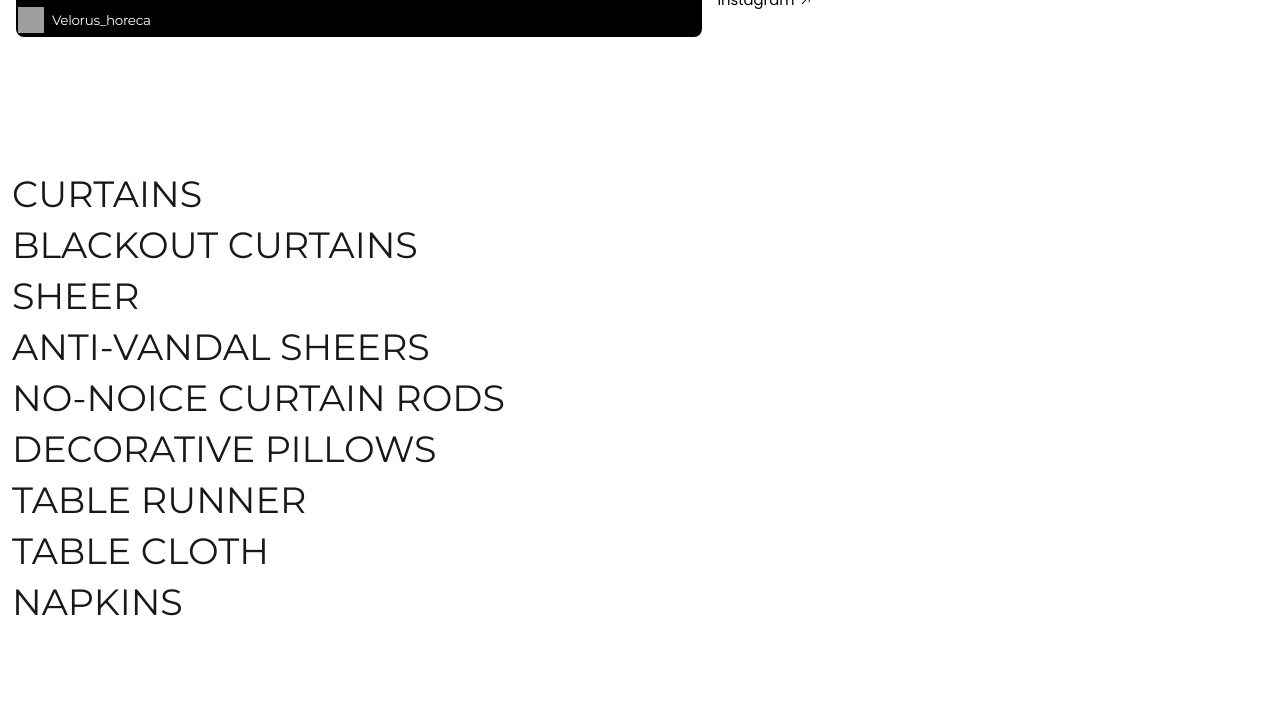
Repository: nikhilsinghrathore1/Shery_02
Page: /
The author's editor kept a copy of each file at every save. The page is drawn from the files as they stood at one save, then again after the next save.
The browser window is 1280 px wide. The pictures show the part of the page from y = 4475 to 5191 px (the page is 9789 px tall).
Pictures or frames that could not be fetched are drawn as grey boxes. The project was rebuilt for these pictures with package versions that can differ from the ones it lists, and the page was loaded fresh each time. Also part of the build but not shown: vite.config.js.

Above is the page before, as saved 2024-07-19 02:37:21.

### src/App.jsx
import { useState } from 'react'
import reactLogo from './assets/react.svg'
import viteLogo from '/vite.svg'
import './App.css'
import Landing from './pages/Landing'

function App() {
  const [count, setCount] = useState(0)

  return (
    <>
      <Landing/>
    </>
  )
}

export default App

### src/App.css
@font-face {
  font-family: font1;
  src: url("../public/6624dc4c3f39ffabcd0dc162_Montserrat-VariableFont_wght.ttf");
}
@font-face {
  font-family: font2;
  src: url("../public/CircularXXWeb-Book\ \(1\).ttf");
}
@font-face {
  font-family: font3;
  src: url("../public/JTUQjIg1_i6t8kCHKm459WxRyS7m0dR9pA.ttf");
}
@font-face {
  font-family: font4;
  src: url("../public/JTUSjIg1_i6t8kCHKm459WlhyyTh89Y.ttf");
}
@font-face {
  font-family: font5;
  src: url("../public/pxiEyp8kv8JHgFVrJJfecnFHGPc.ttf");
}

.f1{
  font-family: font1;
}
.f2{
  font-family: font2;
}
.f3{
  font-family: font3;
}
.f4{
  font-family: font4;
}
.f5{
  font-family: font5;
}

### src/pages/Landing.jsx
import React from 'react'
import MoreInsta from '../components/MoreInsta'
import Nav from '../components/Nav'
import SingleHero from '../components/SingleHero'
import VideoCont from '../components/VideoCont'
import LineText from '../components/LineText';
import IncText from '../components/IncText';
import ThirdSection from '../components/ThirdSection';
import MovingImage from '../components/MovingImage'
import Footer from '../components/Footer'
// document that tell how a software is supposed to perform need of software engneering modularity-dividing it into chunks for testing and developing independently integrating the core changes continously and deploying them into production enviroment design pattern for solving matrix problem in software design various templates are provided software as a product to deliver computing potential accross network of hardware vehical for delivering the product encapsulation , abstraction adaptability software alows different system contraints by making changes in the software for customer satisfaction rapid delivary differenece btw/ program - product program is a set of instruction in order to achieve a specific taskk product - set of programs software products is defined as set of programs with proper documentation and license program is smaller is size because it is one of the stage involved in software development software product folows a lifecycle which involves feasibility studying so it is larger in size program can be created by a single user products are developed by a team of many people progam lacks documentation , product is well documented

let Dtext=[["curtains","blackout curtains", "sheer","anti-vandal sheers" ,"no-noice curtain rods" , "decorative pillows","table runner" , "table cloth","napkins"],["curtains","sheers","tablecloths" , "napkins" ,"wooden blinds" ,"sunshades"]]

const Landing = () => {
  return (
    <div className='w-full overflow-hidden'>
               {/* this is the first image gallery part */}
               <div className='w-full h-[400vh] relative '>
               <Nav/>
               <SingleHero img={"https://cdn.prod.website-files.com/6613fb0aff6a7761bf9a817d/66267f01781250e3c4f8ed19_hero-01-p-1080.webp"} text={"hotel"}/>
               <SingleHero img={"https://cdn.prod.website-files.com/6613fb0aff6a7761bf9a817d/66267f00e43626f944ce0076_hero-02-p-1080.webp"} text={"restaurant"}/>
               <SingleHero img={"https://cdn.prod.website-files.com/6613fb0aff6a7761bf9a817d/66267f011d36d94902bbbcd3_hero-03-p-1080.webp"} text={"catering"}/>
               <SingleHero img={"https://cdn.prod.website-files.com/6613fb0aff6a7761bf9a817d/66267f0015a49ebd0cb05e50_hero-04-p-1080.webp"} text={"+automative"}/>
               </div>

               {/* this is the second text wala part  */}

               <div className='w-full  h-[120vh] sm:h-[99vh] px-4 pt-32 sm:pt-24 leading-[42px]'>
                              {/* this is the variable weight text */}
                              <div className='w-full f4 text-[32px] font-semibold text-black uppercase h-fit'>
                                             <p><span className='pl-44'>full</span> responsibility from project to implementation.</p>
                              </div>

                              <div className='f4 text-[13px] sm:text-[14px] md:text-[14.5px] font-semibold mt-10 leading-none'>
                                             <p>More about us</p>
                                             <p className='mt-3 leading-[16px] sm:leading-[18px] sm:text-[13px] md:text-[14px] md:leading-[20px] font-semibold'>The textile production Velours HoReCa was founded in Lviv in 2005. <span className='opacity-60'>Our activity is focused on professionally outfitting the interiors of hotels, restaurants, cafes, and bars with textile products.</span></p>
                              </div>

                              <div className='w-full flex h-[50vh]  mt-12  '>
                                             <div className='w-1/2 h-full flex justify-end pt-3'>
                                                            <VideoCont/>
                                             </div>
                                             <div className='w-1/2 h-full flex flex-col justify-between pl-3 pb-16 sm:pb-28 md:pb-[120px] f5 font-light'>

                                                            <div className='w-full leading-[17px] md:leading-[18px]  text-[13px] md:text-[13.5px]'>
                                                                           <p>With extensive experience in the Horeca sector - 18 years </p>
                                                                           <p className='opacity-70'>[as of 2024]</p>

                                                                           <div className='border-y-[1px] border-black/20 py-1 mt-3'>
                                                                                          <p>We offer both warranty and post-warranty servicing.</p>
                                                                           </div>
                                                            </div>

                                                            <div className='f4 pl-2'>
                                                                           <MoreInsta/>
                                                            </div>



                                             </div>
                              </div>
               </div>

          <ThirdSection/>

                {/* this is the 3d text area */}
                <div className='w-full pt-8 sm:pt-5 md:pt-0 flex h-[100vh] sm:h-[83vh] md:h-[77vh]'>
               <div className='w-[80%]  uppercase leading-none f1 text-[34px] sm:text-[35.5px] md:text-[36.5px] md:leading-[37px] pl-3 opacity-90 tracking  h-full '>

                              {Dtext[0].map((e,i)=>( <h1 key={i} className='mt-[14px]'>{e}</h1>))}

               </div>
         </div>

            {/* this is the automative section */}
            {/*  this is a very big section literaly gand phat gayi or maybe mujhe neend aarahi thi isliye but almost hogaya*/}
            <div className='w-full h-[200vh] sm:h-[160vh] px-4 '>
              {/* this is the video section */}
                      <div className='w-full h-[34vh] overflow-hidden rounded-lg'>
                            <video autoPlay muted loop className='w-full h-full object-cover' src="https://cdn.prod.website-files.com/6613fb0aff6a7761bf9a817d%2F6649e6d401492fd39ce57892_IMG_1559-transcode.webm"></video>
                      </div>
              {/* this is the main text area */}
                      <div className='w-[80%] f1 uppercase text-[28px] sm:text-[30px] leading-[31px] sm:leading-[33px] mt-5'>
                          <h1>automated textile management</h1>
                      </div>

              {/* this is the paragraph area */}
                      <div>
                          <p className='leading-[16px]  mt-8 text-[12px] sm:text-[13px] sm:leading-[17px] f5'>Creating comfort and efficiency: <span className='opacity-60'>automated control of blinds, curtains, and sheers opens up new possibilities for hotels and restaurants striving to create a unique atmosphere for their guests. </span> This technology allows easy control of lighting and privacy, ensuring comfortable conditions throughout the day.</p>
                          <p className='leading-[16px]  mt-6 text-[12px] sm:text-[13px] sm:leading-[17px] f5'><span className='opacity-60'>Programming for efficiency: automated control allows</span> scheduling the opening and closing of textile products according to sleep schedules. <span className='opacity-60'>This ensures optimal energy usage and saves time and effort for staff, allowing them to focus on providing high-quality service to their guests.</span></p>
                      </div>

                      <div className='w-full h-[63vh] relative'>
                        {/* this is the black bg images of remote kinda thingy could be viberator if you have imagination or need  */}
                          <div className='w-[35%] absolute flex items-center justify-center top-10 right-8 sm:right-6 sm:top-8 h-[45%] bg-black rounded-lg'>
                            <img className='w-[90%] h-[90%] object-contain' src="https://cdn.prod.website-files.com/6613fb0aff6a7761bf9a817d/662b5a9bf1e1110165fff749_pult.webp" alt="not showing" />
                          </div>

                          {/* this is the video cont section  */}
                          <div className='w-[52%] h-[85%] absolute top-[215px] left-0'>
                              <VideoCont/>
                          </div>

                          <div className='absolute -bottom-20 sm:-bottom-4 right-[60px] '>
                          <MoreInsta/>
                          </div>
                      </div>
                          <div className='mt-24  h-[50vh] w-full pt-8 sm:pt-0 '>
                                   <LineText text={"Lighting control through blinds"}/>
                                   <LineText text={"Scheduling the opening/closing of curtains"}/>
                                   <LineText text={"Programmed opening of sheers for privacy"}/>
                                   <LineText text={"Data collection on energy consumption"}/>
                                   <LineText text={"Integration with smart home systems"}/>
                          </div>
            </div>



            <IncText/>

            <ThirdSection/>

            <div className='w-full pt-8 sm:pt-0 flex h-[60vh] sm:h-[48vh]'>
               <div className='w-[80%]  uppercase leading-none f1 text-[34px] sm:text-[35.5px] pl-3 opacity-90 tracking  h-full '>

                              {Dtext[1].map((e,i)=>( <h1 key={i} className='mt-[14px]'>{e}</h1>))}

               </div>
         </div>


           <MovingImage/>

           <Footer/>






    </div>
  )
}

export default Landing

### src/components/MoreInsta.jsx
import React from 'react'
import { GoArrowUpRight } from "react-icons/go";

const MoreInsta = () => {
  return (
    <div className=' leading-[16px] md:leading-[18px] text-[13px] md:text-[14.8px] text-black f5 font-light'>
               <p>More in Ours</p>
               <p className='flex items-center gap-1'>instagram <span><GoArrowUpRight/></span></p>
    </div>
  )
}

export default MoreInsta

### src/components/Nav.jsx
import React from 'react'

const Nav = () => {
  return (
    <div className='w-full h-[100vh]  fixed text-white flex flex-col justify-between z-40 top-0'>
        <div className=' flex items-center justify-center pt-7'>

               <div className='flex  flex-col items-center justify-center sm:leading-[22px] md:leading-[25px] leading-[18px]'>
                              <h1 className='text-[24px] sm:text-[30px] md:text-[33px] f1'>Velorus</h1>
                              <h2 className='text-[10px] sm:text-[14px] md:text-[15px] f1 '>HoReCa</h2>
               </div>
        </div>

        {/* this is the menu bar kinda thingy */}
        <div className='w-full h-[10vh]  px-3  '>

          <div className='w-full h-[65%] bg-black rounded-md flex justify-between px-[2px]'>
            <div className='w-[18%] h-full bg-white flex items-center justify-center overflow-hidden rounded-md'>
              <img className='w-[90%] h-[90%] object-cover' src="https://cdn.prod.website-files.com/6613fb0aff6a7761bf9a817d/6624b9bbba2e8daa37ae2e54_download-img-02.webp" alt="not showing" />
            </div>

            <div className='w-[57%] h-full text-[13px] sm:text-[14px] md:text-[15px] text-white leading-[16px] f2 flex items-center justify-center'>
              <p>Download our Brochour on services in the HoReCa industry</p>
            </div>


            <div className='w-[15%] h-full bg-white flex items-center justify-center overflow-hidden rounded-md'>
              <img className='w-[80%] h-[80%] object-cover' src="https://cdn.prod.website-files.com/6613fb0aff6a7761bf9a817d/6624bdfbd80898e1c3060de1_download-icon.webp" alt="not showing" />
            </div>
          </div>





        </div>

    </div>
  )
}

export default Nav

### src/components/SingleHero.jsx
import React from 'react'

const SingleHero = ({img , text}) => {
  return (
    <div className='w-full h-[100vh] relative'>
               <div className='absolute bg-black/10 flex items-center justify-center w-full h-full top-0'>
                              <h1 className='uppercase text-[44px] md:text-[50px] f4 font-bold tracking-wider text-white'>{text}</h1>
               </div>
               <img className='w-full h-full object-cover' src={img} alt="not showing" />
    </div>
  )
}

export default SingleHero

### src/components/VideoCont.jsx
import React from 'react'

const VideoCont = () => {
  return (
    <div className='w-[98%] h-[80%] sm:h-[73%] sm:w-full bg-black rounded-lg pt-[3px] px-[2px] '>
               <div className='w-full h-[87%]  overflow-hidden rounded-lg'>
                              <video autoPlay muted loop className='w-full h-full object-cover' src="https://s3.amazonaws.com/webflow-prod-assets/6613fb0aff6a7761bf9a817d/663bcfe77765a0f1702b036f_insta-3.mp4"></video>
               </div>
               <div className='w-full text-white text-[12px] sm:text-[13.5px] tracking-tight f1 h-[13%] pt-1 flex items-center pb-[2px] gap-2'>
                              <img className='w-[24px] h-[24px] sm:w-[26px] sm:h-[26px] object-cover' src="https://cdn.prod.website-files.com/6613fb0aff6a7761bf9a817d/663bcbd3012e5e6821be914c_logo-horeca.png" alt="not showing" />
                              <p>Velorus_horeca</p>
               </div>
    </div>
  )
}

export default VideoCont

### src/components/LineText.jsx
import React from 'react'

const LineText = ({text}) => {
  return (
               <div className='p-[7px] border-dashed border-b-[1px] text-[13px] sm:text-[13.8px] f1 border-black/30'>
               <p>{text}</p>
               </div>
  )
}

export default LineText

### src/components/IncText.jsx
import React, { useState } from 'react'

const IncText = () => {
               const [num, setnum] = useState(0)
  return (
    <div className='w-full px-1  pt-28 flex h-[80vh] sm:h-[100vh]'>
               <div className='w-[60%] h-full flex items-center justify-center text-[21rem] font-light f1'>{num}</div>

               <div className=' w-[40%] leading-[18px] f1 pt-28 flex flex-col items-start justify-center '>
                              <p className='text-[16px]' >Warranty service</p>
                              <p className='text-[12.5px]' >from 3 years to 6 years</p>
               </div>

    </div>
  )
}

export default IncText

### src/components/ThirdSection.jsx
import React from 'react'
import MoreInsta from './MoreInsta'
import VideoCont from './VideoCont'
import { GoArrowRight } from "react-icons/go";
import { GoArrowLeft } from "react-icons/go";

const ThirdSection = () => {
  return (
               <div className='w-full h-[160vh] sm:h-[145vh] px-4 pt-12'>
               <div className='  text-[30px] md:text-[32px] tracking-tight w-full leading-[35px] md:leading-[37px] f1  '>
                                             <p className='w-[80%] uppercase opacity-90 tracking-tight'>ideal textile for a cozy hotel ambiance</p>

                                             <div className='w-full flex h-[53vh] mt-8'>
                                                            <div className='w-[30%] flex items-end  gap-2 h-full'>
                                                                                          <div className='w-9 h-9 border-black/50 rounded flex items-center text-xl justify-center border-[1px]'><GoArrowLeft/></div>
                                                                                          <div className='w-9 h-9 border-black/50 rounded flex items-center text-xl justify-center border-[1px]'><GoArrowRight/></div>
                                                            </div>
                                                            <div className='w-[79%] h-full rounded-lg overflow-hidden'>
                                                                           <img className='w-full h-full rounded-lg ' src="https://cdn.prod.website-files.com/6613fb0aff6a7761bf9a817d/662a45b943d2e1892a8fff8e_slider-01-04-p-800.webp" alt="not showing" />
                                                            </div>
                                             </div>

                                             <p className='text-[12.5px] leading-[16px] sm:text-[13px] md:text-[14px] sm:leading-[17px] md:leading-[18px] f5 font- tracking-wide mt-10 opacity-90'>Create an atmosphere of comfort and coziness <span className='opacity-50'> in your hotel with our diverse range of high-quality textiles.</span>Our assortment includes curtains, sheers, decorative pillows, bed runners, and much more to meet all your room décor needs.</p>
                              </div>


                              <div className='w-full flex h-[60vh] sm:h-[55vh]  mt-14'>
                                             <div className='w-[55%] h-full '>
                                                            <VideoCont/>
                                             </div>
                                             <div className='w-[45%] h-full pb-20 sm:pb-[135px] pl-3 sm:pl-[15px] flex items-end '>
                                                            <MoreInsta/>
                                             </div>
                              </div>
               </div>
  )
}

export default ThirdSection

### src/components/MovingImage.jsx
import React from 'react'

const MovingImage = () => {
  return (
               <div className='w-full mt-10 px-3 h-[100vh] sm:h-[80vh] border-b-[1px] border-black/40 relative overflow-hidden '>
               <div className='w-[40%] h-[33%] rounded-lg overflow-hidden absolute z-10  top-0 right-3 bg-black'>
                 <img className='w-full h-full object-cover' src="https://cdn.prod.website-files.com/6613fb0aff6a7761bf9a817d/662d1ba1a5fd67fafdc76bf5_works-12.webp" alt="not showing" />
               </div>
               <h1 className='text-[13px] f1 font-light opacity-90 '>They have chosen us</h1>

               <div className='w-full h-[80vh] mt-7 text-[30px] f1 tracking-tighter uppercase leading-[37px]'>
                 <h1>apartel</h1>
                 <h1 className='opacity-60'>bank hotel</h1>
                 <h1 className='opacity-60'>grand hotel</h1>
                 <h1 className='opacity-60'>glibivka family</h1>
                 <h1 className='opacity-60'>rafael hotel</h1>
                 <h1 className='opacity-60'>panaroma hotel</h1>
                 <h1 className='opacity-60'>lh hotel & spa</h1>
                 <h1 className='opacity-60'>status hotel</h1>
                 <h1 className='opacity-60'>bukovel</h1>
                 <h1 className='opacity-60'>swiss hotel</h1>
                 <h1 className='opacity-60'>eurohotel hotel</h1>
                 <h1 className='opacity-60'>svityaz resort</h1>
                 <h1 className='opacity-60'>kyivska rus</h1>
                 <h1 className='opacity-60'>play karpaty</h1>
               </div>


               </div>
  )
}

export default MovingImage

### src/components/Footer.jsx
import React from 'react'
import { GoArrowUp } from "react-icons/go";

const Footer = () => {
  return (
    <div className='w-full h-[100vh]  '>

                              <div className='h-[85%] w-full relative text-center pt-20 sm:pt-32 leading-none tracking-wide uppercase'>
                                          <h1 className='text-[5.1rem] f1'>Horeca</h1>
                                          <h2 className='tracking-[14px] text-[12px] mt-1 font-bold f1'>velorus</h2>

                              </div>
                              <div className='h-[15%] w-full relative px-4'>
                                <div className='w-full h-1/2 text-[14px] border-b-[1px] border-black/30 font-bold flex justify-between items-center f1 tracking-tighter'>
                                  <p>+8005602458</p>
                                  <p className='flex items-center gap-2'>Back to top <GoArrowUp/></p>
                                </div>
                                <div className='w-full h-1/2 text-[13px] f1 opacity-70 flex justify-between items-center '>
                                    <div>
                                      <p>© 2024</p>
                                    </div>
                                    <div>
                                      <p>By Niko<span className='text-red-900 text-[15px]'>C</span>han</p>
                                    </div>
                                </div>
                              </div>
    </div>
  )
}

export default Footer

### tailwind.config.js
/** @type {import('tailwindcss').Config} */
export default {
  content: [
    "./index.html",
    "./src/**/*.{js,ts,jsx,tsx}",
  ],
  theme: {
    screens: {
      'sm': '390px',
      // => @media (min-width: 640px) { ... }

      'md': '410px',
      // => @media (min-width: 768px) { ... }

      'lg': '1024px',
      // => @media (min-width: 1024px) { ... }

      'xl': '1280px',
      // => @media (min-width: 1280px) { ... }

      '2xl': '1536px',
      // => @media (min-width: 1536px) { ... }
    }
  },
  plugins: [],
}

Loaded but not shown: index.html (common file); src/main.jsx (common file); src/index.css (common file)

After the next save:
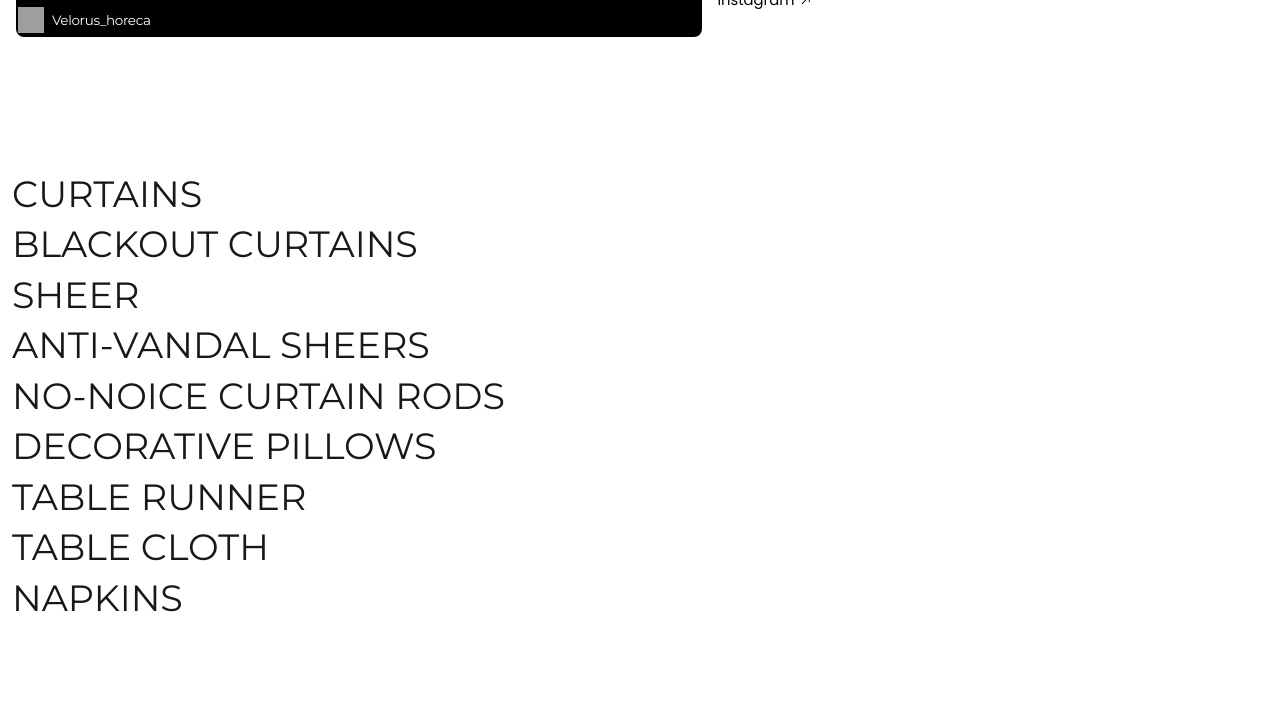
Saved 17 s later.
--- a/src/pages/Landing.jsx
+++ b/src/pages/Landing.jsx
@@ -66,7 +66,7 @@ const Landing = () => {
 
                 {/* this is the 3d text area */}
                 <div className='w-full pt-8 sm:pt-5 md:pt-0 flex h-[100vh] sm:h-[83vh] md:h-[77vh]'>
-               <div className='w-[80%]  uppercase leading-none f1 text-[34px] sm:text-[35.5px] md:text-[36.5px] md:leading-[37px] pl-3 opacity-90 tracking  h-full '>
+               <div className='w-[80%]  uppercase leading-none f1 text-[34px] sm:text-[35.5px] md:text-[36.5px]  pl-3 opacity-90 tracking  h-full '>
 
                               {Dtext[0].map((e,i)=>( <h1 key={i} className='mt-[14px]'>{e}</h1>))}
 
